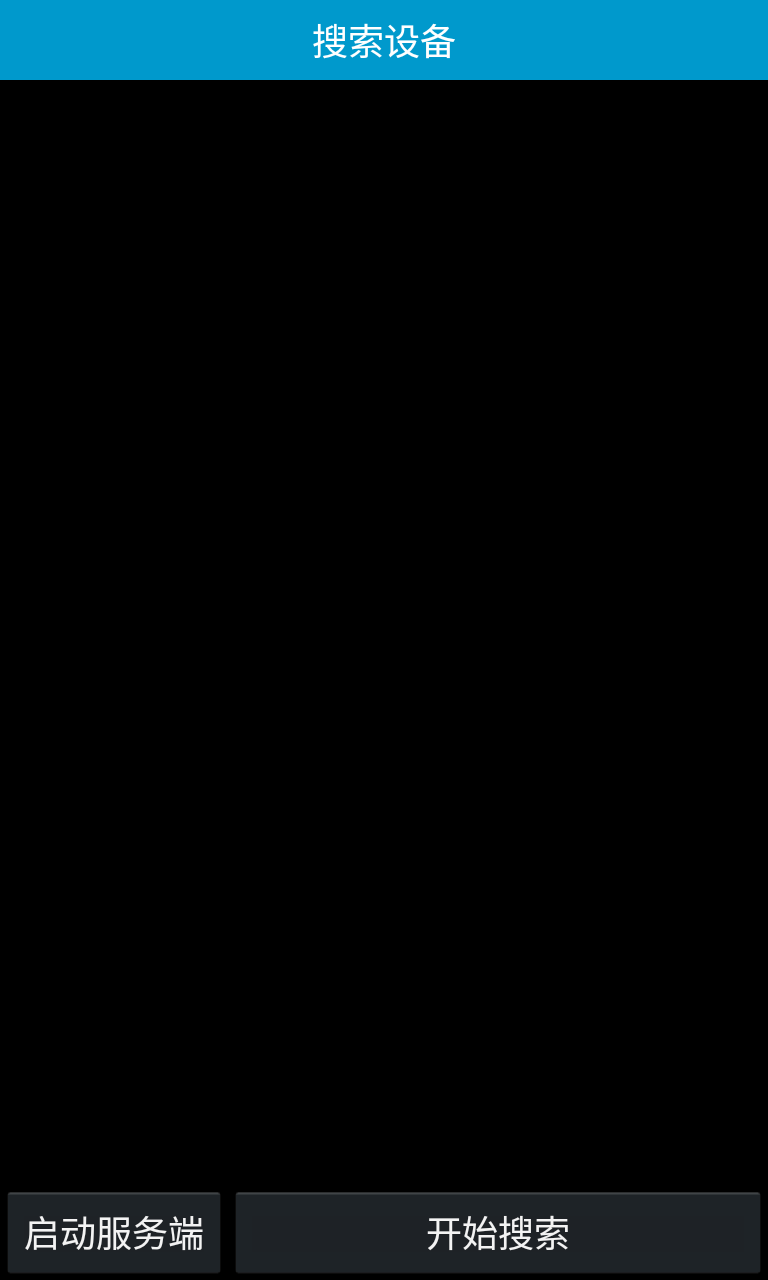
Repository: yihu0817/AndroidDemo
Layout: 蓝牙/AndroidBluetooth/res/layout/devices_layout.xml
An editor plug-in stored every save of this project. The layout is shown before and after the next save, followed by the edit.
It is drawn on a 768 x 1280 px phone screen (xhdpi) without system bars, with theme android:Theme.Holo; the app's code is not run. Lists and similar views that code fills are empty.

Above is the layout before, as saved 2015-03-20 02:29:21.

### 蓝牙/AndroidBluetooth/res/layout/devices_layout.xml
<?xml version="1.0" encoding="utf-8"?>
<RelativeLayout xmlns:android="http://schemas.android.com/apk/res/android"
    android:id="@+id/devices"
    android:layout_width="fill_parent"
    android:layout_height="fill_parent"
    android:orientation="vertical" >

    <RelativeLayout
        android:id="@+id/title_layout"
        android:layout_width="fill_parent"
        android:layout_height="40dp"
        android:background="@android:color/holo_blue_dark" >


        <TextView
            android:id="@+id/title_txt"
            android:layout_width="wrap_content"
            android:layout_height="wrap_content"
            android:layout_centerInParent="true"

            android:text="搜索设备"
            android:textColor="@android:color/white"
            android:textSize="18sp" />
    </RelativeLayout>

    <RelativeLayout
        android:id="@+id/bt_bottombar"
        android:layout_width="fill_parent"
        android:layout_height="wrap_content"
        android:layout_alignParentBottom="true" >

        <Button
            android:id="@+id/start_service"
            android:layout_width="wrap_content"
            android:layout_height="wrap_content"
            android:text="启动服务端" />

        <Button
            android:id="@+id/start_seach"
            android:layout_width="fill_parent"
            android:layout_height="wrap_content"
            android:layout_toRightOf="@+id/start_service"
            android:text="开始搜索" />
    </RelativeLayout>

    <ListView
        android:id="@+id/list"
        android:layout_width="fill_parent"
        android:layout_height="fill_parent"
        android:layout_above="@id/bt_bottombar"
        android:layout_below="@id/title_layout"
        android:layout_weight="1.0"
        android:divider="#ffc6c6c6"
        android:scrollingCache="false" />

</RelativeLayout>

After the next save:
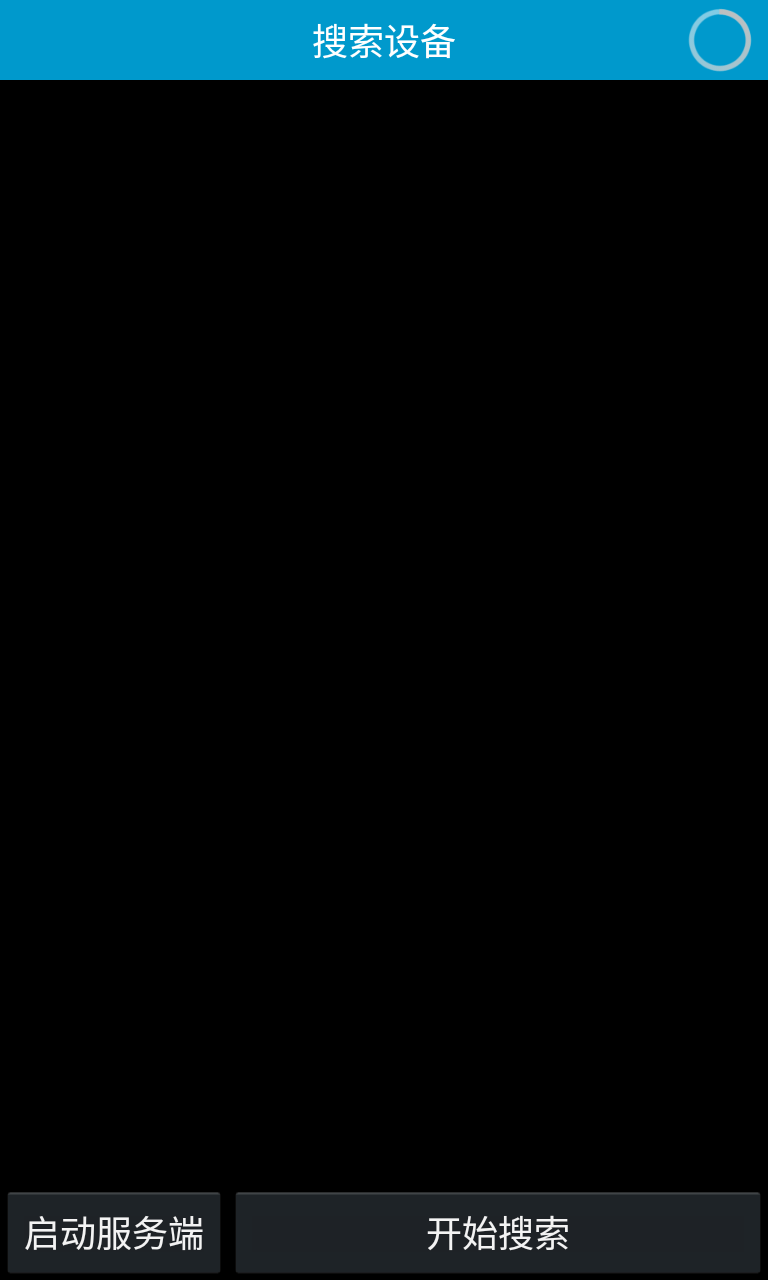
Saved 5 s later.
--- a/蓝牙/AndroidBluetooth/res/layout/devices_layout.xml
+++ b/蓝牙/AndroidBluetooth/res/layout/devices_layout.xml
@@ -11,6 +11,11 @@
         android:layout_height="40dp"
         android:background="@android:color/holo_blue_dark" >
 
+        <ProgressBar
+            android:id="@+id/progress_bar"
+            android:layout_width="wrap_content"
+            android:layout_height="wrap_content"
+            android:layout_alignParentRight="true" />
 
         <TextView
             android:id="@+id/title_txt"
